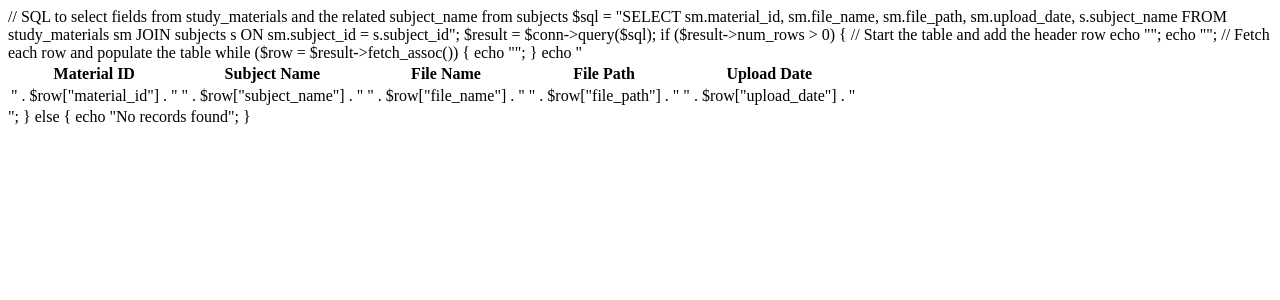
Repository: Acharya-Keerthana/Education
Page: http://localhost/matrials.php
An editor plug-in stored every save of this project. The page is shown before and after the next save, followed by the edit.
The browser window is 1280 px wide. The pictures show the whole page.
The page is run by PHP 8.4 with error messages shown; the project is at /var/www/html/.

Above is the page before, as saved 2024-04-12 14:08:48.

After the next save:
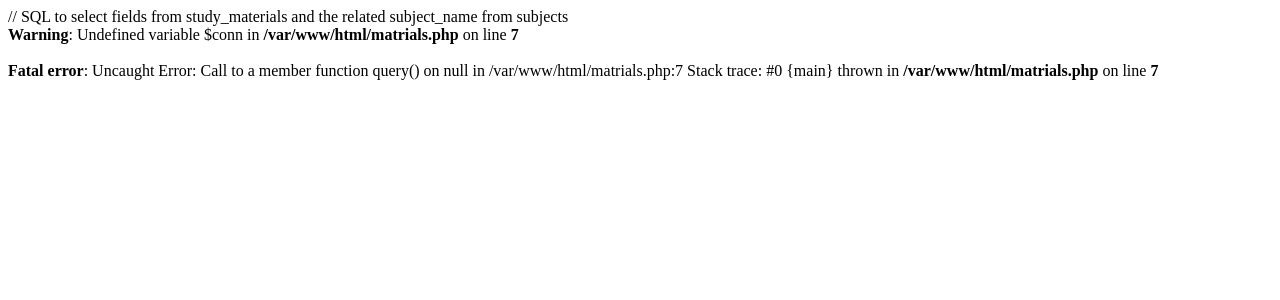
Saved 15 s later.
--- a/matrials.php
+++ b/matrials.php
@@ -1,4 +1,5 @@
 // SQL to select fields from study_materials and the related subject_name from subjects
+<?php
 $sql = "SELECT sm.material_id, sm.file_name, sm.file_path, sm.upload_date, s.subject_name
         FROM study_materials sm
         JOIN subjects s ON sm.subject_id = s.subject_id";
@@ -18,3 +19,4 @@ if ($result->num_rows > 0) {
 } else {
     echo "No records found";
 }
+?>
